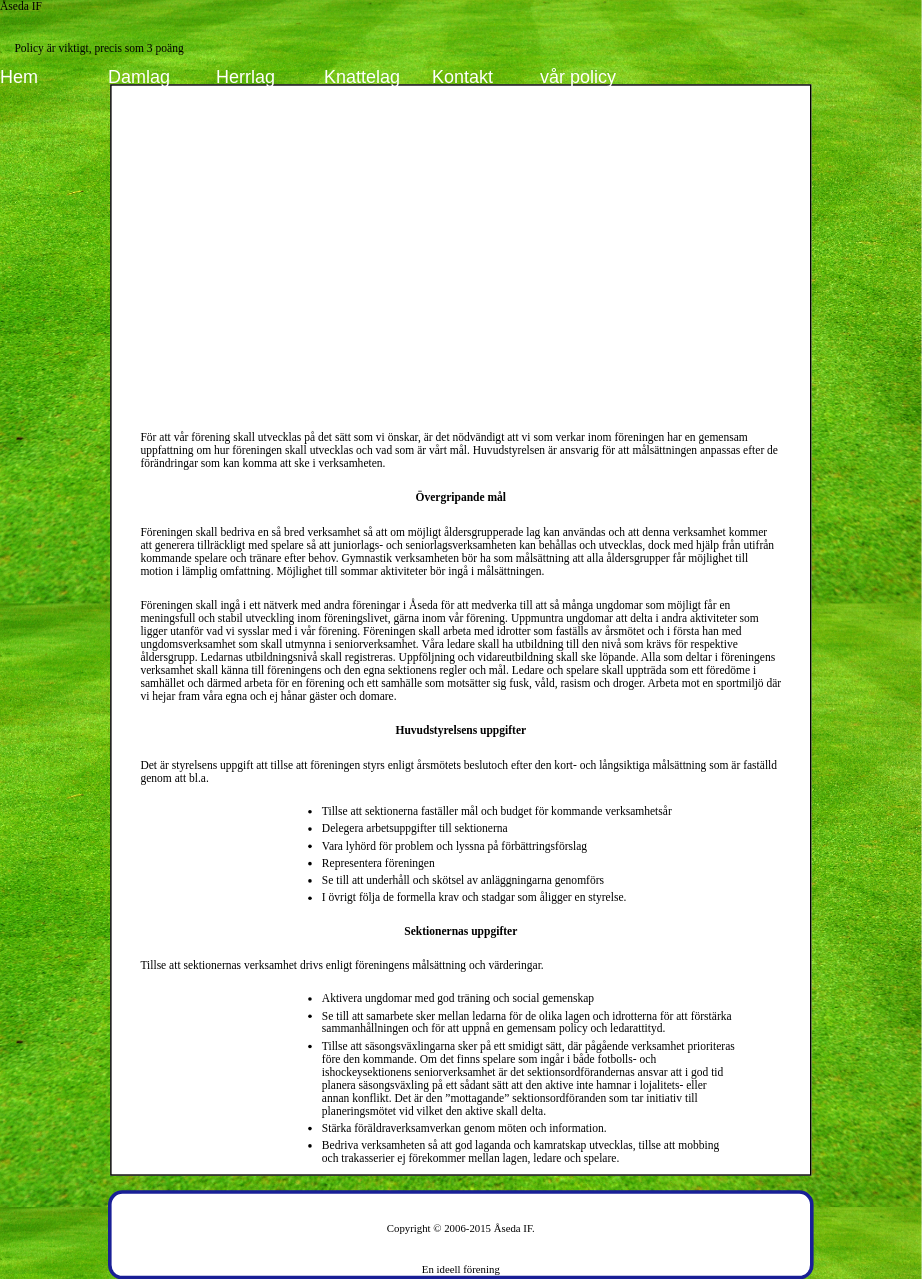
Repository: alexanderdanielsson28/ProjektAsedaIF
Page: html/Policy.html
The author's editor kept a record of every edit. The page is drawn from the files as they stood at one moment, then again after the next edit.
The browser window is 1280 px wide. The pictures show the whole page, at 72% of full size.
Backgrounds fixed to the window are drawn as part of the page.

Above is the page before.

After the next edit:
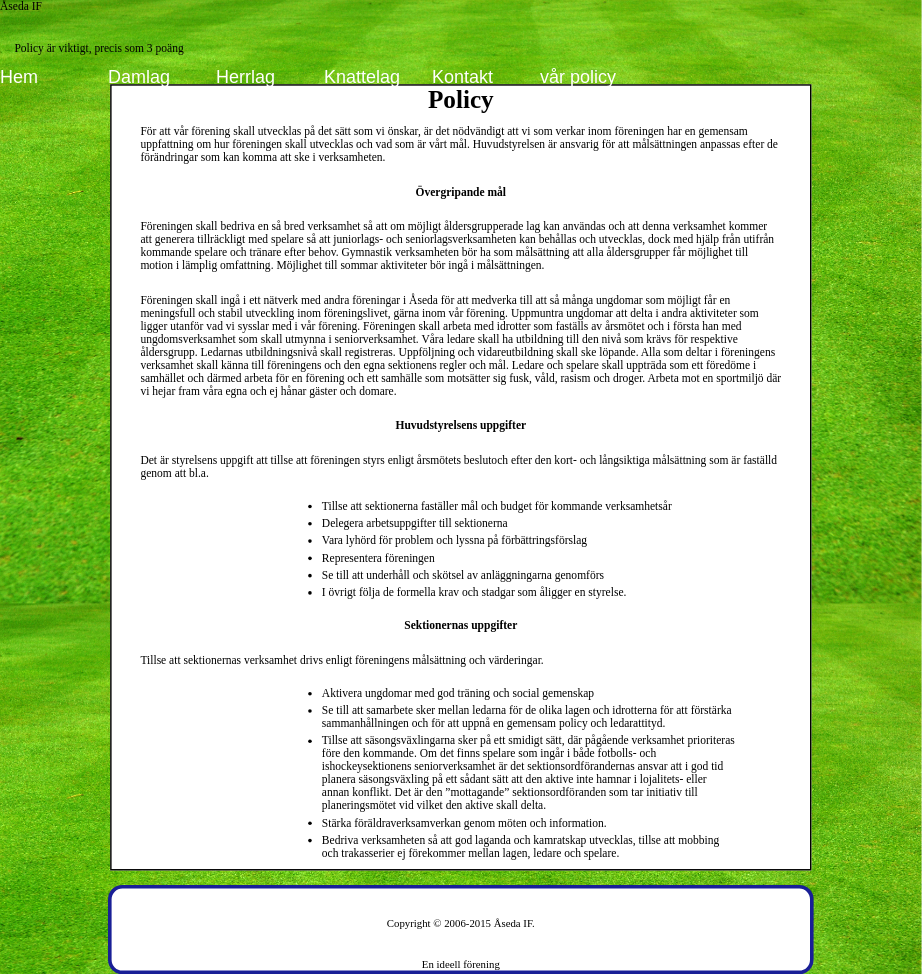
The edit:
--- a/html/Policy.html
+++ b/html/Policy.html
@@ -41,17 +41,8 @@
     </div>
 
     <article id="art">
-        <div id="pet">
-            <p>Du skall vara nykter vid match.</p>
-            <p>Vi respekterar inte dig, glöm inte det. </p>
-            <p>Du skall inte vara nykter vid vunnen match.</p>
-            <p>Alla i göteborg heter inte Glenn, men säg det ändå.</p>
-            <p>Dina barn får endast vara onyktra ifall match är vunnen. </p>
-            <p>Stulen traktor får ej ställas vid anvisad parkeringsplats. </p>
-            <p>Stulna fordom rekommenderas ej att användas vid skjuts av domare. </p>
-            <p>Missar du att sätta den i öppet mål så väntas det böter.</p>
-        </div>
         <div id="policyinnehall">
+            <h1 id="policen">Policy</h1>
             <p id="first">För att vår förening skall utvecklas på det sätt som vi önskar, är det nödvändigt att vi som verkar inom föreningen har en gemensam uppfattning om hur föreningen skall utvecklas och vad som är vårt mål. Huvudstyrelsen är ansvarig för att målsättningen
                 anpassas efter de förändringar som kan komma att ske i verksamheten.</p>
             <p id="str">Övergripande mål</p>
